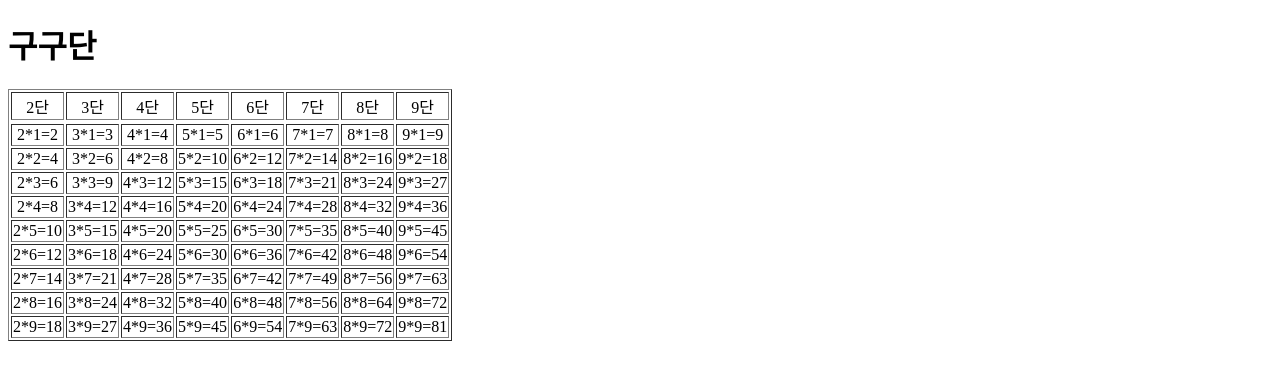
Repository: jihyeon00/java_web_sol
Page: http://localhost/jspweb_07/gugu.jsp
The author's editor kept a copy of each file at every save. The page is drawn from the files as they stood at one save, then again after the next save.
The browser window is 1280 px wide. The pictures show the whole page.
The page is served by Tomcat 9.

Above is the page before, as saved 2024-01-11 03:04:57.

### workspace_stsb/jspweb_07/src/main/webapp/gugu.jsp
<%@ page language="java" contentType="text/html; charset=UTF-8"
    pageEncoding="UTF-8"%>
<!DOCTYPE html>
<html>
<head>
<meta charset="UTF-8">
<title>Insert title here</title>
</head>
<style>
	table {
		text-align: center;
	}
</style>
<body>
	<h1>구구단</h1>
	<%
		out.println("<table border ='1'>");

		out.println("<tr>");
		for(int i = 2; i<=9;i++){
				out.println("<td>"+ i +"단</td>");
			}
		out.println("</tr>");
		out.println("<tr>");
		for(int i = 1; i<=9;i++){
			out.println("<tr>");
			for(int j=2;j<=9;j++){
				out.println("<td>"+ j + "*" + i + "=" + i*j +"</td>");
			}
			out.println("</tr>");
		}
		out.println("</tr>");


		out.println("</table>");
	%>
</body>
</html>

After the next save:
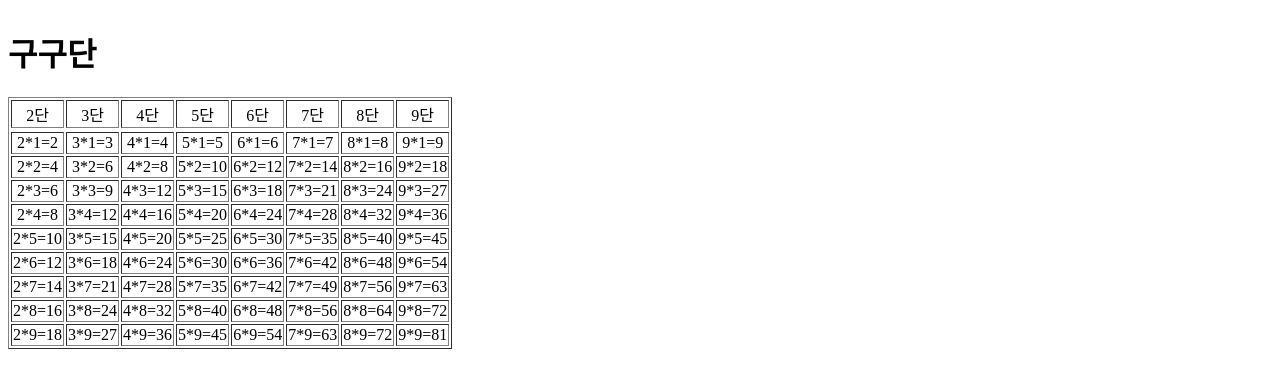
Saved 19 min 54 s later.
--- a/workspace_stsb/jspweb_07/src/main/webapp/gugu.jsp
+++ b/workspace_stsb/jspweb_07/src/main/webapp/gugu.jsp
@@ -10,8 +10,15 @@
 	table {
 		text-align: center;
 	}
+	#headTr{
+		background-color: skyblue;
+	}
 </style>
 <body>
+<table>
+<tr	id="headTr">
+</tr>
+</table>
 	<h1>구구단</h1>
 	<%
 		out.println("<table border ='1'>");
